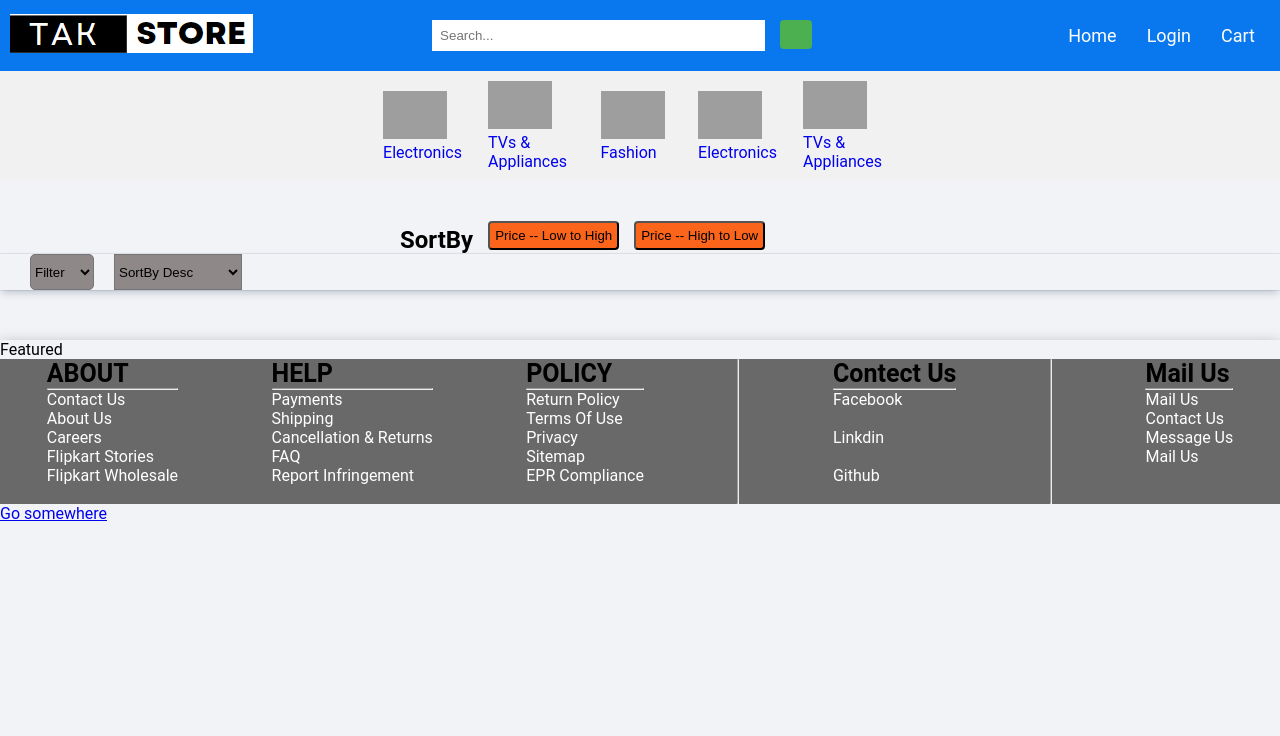
Repository: MSaifKhan01/TAK-Store
Page: PROJECT_Front/fashion.html
An editor plug-in stored every save of this project. The page is shown before and after the next save, followed by the edit.
The browser window is 1280 px wide. The pictures show the whole page.
Pictures or frames that could not be fetched are drawn as grey boxes. The page's requests for data from a server got no answer.

Above is the page before, as saved 2023-07-22 01:48:40.

### PROJECT_Front/fashion.html
<!DOCTYPE html>
<html lang="en">

<head>
    <meta charset="UTF-8">
    <meta http-equiv="X-UA-Compatible" content="IE=edge">
    <meta name="viewport" content="width=device-width, initial-scale=1.0">
    <title>Document</title>
    <link rel="stylesheet" type="text/css" href="./CSS/fashion.css">
    <link rel="stylesheet" type="text/css" href="./CSS/Index.css">
    <style>

    </style>
</head>

<body>
    <header >
        <nav class="navbar">
          <a href="#" class="navbar-brand logo"
            ><img src="./flipkart images/Tak_logo.png" alt="logo"
          /></a>
          <div class="search-container">
            <input id="searcBox" type="text" placeholder="Search..." />
            <button type="submit"><i class="fa fa-search"></i></button>
          </div>
          <ul class="navbar-nav">
            <li>
              <a href="#"><i class="fa-solid fa-house"></i> Home</a>
            </li>



            <li id="logoutName">
              <a href="./login.html" id="nameshow"><i class="fa-solid fa-user"></i> Login</a>
            </li>
            <!-- <li><a href="#">Categories</a></li>
            <li><a href="#">Deals</a></li> -->
            <li>
              <a href="addTocart.html"><i class="fa-solid fa-cart-shopping"><span id="Cartlength"></span></i> Cart</a>
              <!-- <a href="#">Cart</a> -->
            </li>
          </ul>
        </nav>

        <div class="sub-navbar">
          <div class="sub-navbar-item">
            <div class="subNav">
              <img
                src="https://rukminim1.flixcart.com/fk-p-flap/128/128/image/6e3e1efa83bc56c3.png?q=100"
                alt=""
              />
              <a style="text-decoration: none" href="electronics.html"
                >Electronics</a
              >
            </div>
          </div>
          <div class="sub-navbar-item">
            <div class="subNav">
              <img
                src="https://rukminim1.flixcart.com/fk-p-flap/128/128/image/b3e1225e6bda1c9e.png?q=100"
                alt=""
              />
              <a style="text-decoration: none" href="appliances.html"
                >TVs & Appliances</a
              >
            </div>
          </div>
          <div class="sub-navbar-item">
            <div class="subNav">
              <img
                src="https://rukminim1.flixcart.com/fk-p-flap/128/128/image/a11d5d13e54bf964.png?q=100"
                alt=""
              />
              <a style="text-decoration: none" href="fashion.html">Fashion</a>
            </div>
          </div>
          <div class="sub-navbar-item">
            <div class="subNav">
              <img
                src="https://rukminim1.flixcart.com/fk-p-flap/128/128/image/6e3e1efa83bc56c3.png?q=100"
                alt=""
              />
              <a style="text-decoration: none" href="electronics.html"
                >Electronics</a
              >
            </div>
          </div>
          <div class="sub-navbar-item">
            <div class="subNav">
              <img
                src="https://rukminim1.flixcart.com/fk-p-flap/128/128/image/b3e1225e6bda1c9e.png?q=100"
                alt=""
              />
              <a style="text-decoration: none" href="appliances.html"
                >TVs & Appliances</a
              >
            </div>
          </div>
        </div>
      </header>



    <div class="sort">
        <h2>SortBy</h2>
        <button id="sort1">Price -- Low to High</button>
        <button id="sort2">Price -- High to Low</button>
    </div>
    <div class="main">
        <div class="leftdiv">
            <!-- filter part -->
            <div style="display: flex; margin-left: 30px; gap: 20px;">


                <div>
                    <select name="filter" id="filter">
                        <option value="filter">Filter</option>
                    </select>
                </div>
                <div>
                    <select name="featured" id="featured" data-bs-toggle="tooltip" data-bs-title="Another tooltip">
                        <option value="">SortBy Desc</option>
                        <option value="atoz">A To Z</option>
                        <option value="ztoa">Z To A</option>

                    </select>
                </div>
            </div>
        </div>
        <div class="bestofElctronic_product_item">

        </div>
    </div>



    </div>
    </div>
    <!-- footer -->

    <div class="card text-center">
      <div class="card-header" style="margin-top: 30px">Featured</div>
      <div class="footer-items">
        <div class="footerlist">
          <ul style="list-style: none">
            <li id="List-head">ABOUT</li>
            <li>
              <hr />
            </li>
            <li>Contact Us</li>
            <li>About Us</li>
            <li>Careers</li>
            <li>Flipkart Stories</li>
            <li>Flipkart Wholesale</li>
          </ul>
        </div>

        <div class="footerlist">
          <ul style="list-style: none">
            <li id="List-head">HELP</li>
            <li>
              <hr />
            </li>
            <li>Payments</li>
            <li>Shipping</li>
            <li>Cancellation & Returns</li>
            <li>FAQ</li>
            <li>Report Infringement</li>
          </ul>
        </div>

        <div class="footerlist">
          <ul style="list-style: none">
            <li id="List-head">POLICY</li>
            <li>
              <hr />
            </li>
            <li>Return Policy</li>
            <li>Terms Of Use</li>
            <li>Privacy</li>
            <li>Sitemap</li>
            <li>EPR Compliance</li>
          </ul>
        </div>
        <hr />
        <div class="footerlist">
          <ul style="list-style: none">
            <li id="List-head">Contect Us</li>
            <li>
              <hr />
            </li>
            <li>
              <a href="" style="text-decoration: none; color: white"
                ><i class="fa-brands fa-facebook"></i> Facebook</a
              >
            </li>
            <br />
            <li>
              <a href="" style="text-decoration: none; color: white"
                ><i class="fa-brands fa-linkedin"></i> Linkdin</a
              >
            </li>
            <br />
            <li>
              <a href="" style="text-decoration: none; color: white"
                ><i class="fa-brands fa-github"></i> Github</a
              >
            </li>
            <br />
          </ul>
        </div>

        <hr />
        <div class="footerlist">
          <ul style="list-style: none">
            <li id="List-head">Mail Us</li>
            <li>
              <hr />
            </li>
            <li>
              <a href="" style="text-decoration: none; color: white"
                ><i class="fa-solid fa-envelope"></i> Mail Us</a
              >
            </li>
            <li>
              <a href="" style="text-decoration: none; color: white"
                ><i class="fa-solid fa-phone"></i> Contact Us</a
              >
            </li>
            <li>
              <a href="" style="text-decoration: none; color: white"
                ><i class="fa-solid fa-message"></i> Message Us</a
              >
            </li>
            <li>
              <a href="" style="text-decoration: none; color: white"
                ><i class="fa-solid fa-envelope"></i> Mail Us</a
              >
            </li>
          </ul>
        </div>
      </div>

      <div class="card-body">
        <a href="#" class="btn btn-primary">Go somewhere</a>
      </div>
    </div>
</body>

<script>
//     let bestofElctronic_product_itemEl = document.querySelector(".bestofElctronic_product_item")
//     let CartArr = JSON.parse(localStorage.getItem("length")) || [];

//     span.innerText=CartArr

//     fetch("http://localhost:8000/fashion", {
//         method: "GET",
//         headers: {
//             //   authorization: `${sessionStorage.getItem("token")}`,

//             "content-type": "application/json",
//         },
//     })
//         .then((res) => {
//             return res.json();
//         })
//         .then((data) => {

//             display(data);
//             searchbar(data)
//             console.log(data);
//             // display(sorted1)
//         });


//         let sort1=document.getElementById("sort1")
//         sort1.addEventListener("click",()=>{
//             sorting1()
//         })
//         function sorting1(){

//             fetch("http://localhost:8000/fashion/sort1", {
//         method: "GET",
//         headers: {
//             //   authorization: `${sessionStorage.getItem("token")}`,
//             "content-type": "application/json",
//         },
//     })
//         .then((res) => {
//             return res.json();
//         })
//         .then((data) => {
//             console.log(data);
//             display(data);
//             // display(sorted1)
//         });
//         }

//         let sort2=document.getElementById("sort2")
//         sort2.addEventListener("click",()=>{
//             sorting2()
//         })
//         function sorting2(){

//             fetch("http://localhost:8000/fashion/sort2", {
//         method: "GET",
//         headers: {
//             //   authorization: `${sessionStorage.getItem("token")}`,
//             "content-type": "application/json",
//         },
//     })
//         .then((res) => {
//             return res.json();
//         })
//         .then((data) => {
//             console.log(data);
//             display(data);
//             // display(sorted1)
//         });
//         }

//         let featured=document.getElementById("featured")
//         function sorting3(){

//            fetch("http://localhost:8000/fashion/sort3", {
//        method: "GET",
//        headers: {
//            //   authorization: `${sessionStorage.getItem("token")}`,
//            "content-type": "application/json",
//        },
//    })
//        .then((res) => {
//            return res.json();
//        })
//        .then((data) => {
//            console.log(data);
//            display(data);

//        });
//        }
//         function sorting4(){

//            fetch("http://localhost:8000/fashion/sort4", {
//        method: "GET",
//        headers: {
//            //   authorization: `${sessionStorage.getItem("token")}`,
//            "content-type": "application/json",
//        },
//    })
//        .then((res) => {
//            return res.json();
//        })
//        .then((data) => {
//            console.log(data);
//            display(data);

//        });
//        }
//   featured.addEventListener("change",()=>{

//     if(featured.value=="atoz"){
//         sorting3()

//     }else if(featured.value=="ztoa"){
//         sorting4()

//     }

//   })

//   function searchbar(data){
//     let search = document.getElementById("searcBox");
//     search.addEventListener("input", (e) => {
//       e.preventDefault();
//       const value = e.target.value;

//       let newArr = data.filter(element => {

//         return element.size.toLowerCase().includes(value) || element.description.toLowerCase().includes(value);

//       })
//       console.log(data)
//       display(newArr)

//     })

// }



//     function display(data) {

//         bestofElctronic_product_itemEl.innerHTML = null
//         data.forEach(el => {
//             let card = document.createElement("div")
//             card.classList.add("card")
//             let link1 = document.createElement("a")
//             link1.classList.add("BestofElectronic_item")
//             link1.link = el.link
//             let div1 = document.createElement("div")
//             div1.classList.add("bestOfElectornic_image_Product")
//             let img = document.createElement("img")
//             img.src = el.image
//             let div2 = document.createElement("div")
//             div2.classList.add("bestofElectronicmoreOption")

//             let p = document.createElement("p")
//             p.classList.add("bestofElectornicProduct_name")
//             p.innerText = el.description
//             let p2 = document.createElement("p")
//             p2.classList.add("bestofElecronic_discount")
//             p2.innerText = `₹${el.new_price}`
//             let p3 = document.createElement("p")
//             p3.classList.add("bestofElectronic_brand")
//             p3.innerText = el.hidden_stars

//             p3.style.color = 'red'
//             let p4 = document.createElement("p")
//             p4.innerText=el.quantity
//             let div3 = document.createElement("div")
//             div3.classList.add("btndiv")
//             let btn1 = document.createElement("button")
//             btn1.innerText = "Show Details"
//             let btn2 = document.createElement("button")
//             btn2.innerText = "Add to Cart"

//             div1.append(img)
//             div3.append(btn1, btn2)
//             div2.append(p, p2, p3, div3)
//             link1.append(div1, div2)
//             card.append(link1)

//             bestofElctronic_product_itemEl.append(card)


//             btn2.addEventListener("click", () => {
//         // if (checkDuplicate(data)) {
//         //   alert("Product Already in Cart")
//         // } else {
//         //   CartArr.push(el);
//         //   localStorage.setItem("cart", JSON.stringify(CartArr));
//         //   alert("Product Added To Cart")
//         //   window.location.href = "./addTocart.html"
//         // }
// // console.log(el)
// let token=sessionStorage.getItem("token")

//         if(token){
//             fetch(`http://localhost:8000/cart/Fashion/${el._id}`,{

// method:"POST",
// headers:{
//     "Content-Type":"application/json",
//     "Authorization":`${sessionStorage.getItem("token")}`
// }
// // body:JSON.stringify(el)
// })
// .then((res)=>{
// return res.json()
// })
// .then((data)=>{
// // console.log(data)

// if(data.ok){
// alert(data.msg)
// }
// else{
// alert(data.msg)
// }
// // data.push({...el,qty:1})
// // alert("Product added to cart")
// console.log(data)
// })
// .catch((err)=>{
// console.log(err)
// })
//         }else{
//             alert("You need to login")
//         }

//       })




//         })


//     }





// //     function checkDuplicate(data) {
// //     for (let i = 0; i < CartArr.length; i++) {

// //       if (CartArr[i]._id === data._id) {
// //         return true;

// //       }
// //     }
// //     return false;
// //   }


</script>

</html>
<script
  src="https://cdn.jsdelivr.net/npm/@popperjs/core@2.11.8/dist/umd/popper.min.js"
  integrity="sha384-I7E8VVD/ismYTF4hNIPjVp/Zjvgyol6VFvRkX/vR+Vc4jQkC+hVqc2pM8ODewa9r"
  crossorigin="anonymous"
></script>
<script
  src="https://cdn.jsdelivr.net/npm/bootstrap@5.3.0/dist/js/bootstrap.min.js"
  integrity="sha384-fbbOQedDUMZZ5KreZpsbe1LCZPVmfTnH7ois6mU1QK+m14rQ1l2bGBq41eYeM/fS"
  crossorigin="anonymous"
></script>

<script src="./JS/fashion.js"></script>

### PROJECT_Front/CSS/Index.css


 /* CSS styles for the navbar */
  * {
    margin: 0;
    padding: 0;
    box-sizing: border-box;
  }
  header{
    position: sticky;
    top: 0%;
  }

  .navbar {
    background-color: #0978ee;
    padding: 10px;
    display: flex;
    justify-content: space-between;
    /* flex-direction: row; */
    align-items: center;
    position: sticky;
  }

  .navbar-brand {
    color: #fff;
    font-weight: bold;
    text-decoration: none;
    width: 10%;
    font-size: 15px;
  }

  .navbar-nav {
    display: flex;
    flex-direction: row;
    font-size: 18px;
    list-style-type: none;
    gap: 15px;
    margin: 0;
    padding: 0;
    /* margin-right: 120px; */

  }

  #logoutName{
    color: #f1f1f1;
  }
  #logoutName button{
    background-color: #45a049;;
    color: #f1f1f1;
    border-radius: 5px;
    padding: 3px;

  }
  #Cartlength{
    color: #f40ab5;
  }

  /* Search bar styles */
  .search-container {
    display: flex;
    width: 500px;
    max-width: 450px;

    margin-left: 180px;

    margin-bottom: 10px;
    /* Added to separate the search bar in responsive mode */
  }

  input[type="text"] {
    flex: 1;
    padding: 10px;
    border: none;
  }

  button[type="submit"] {
    margin-right: 120px;
    background-color: #4caf50;
    color: white;
    padding: 10px 20px;
    border: none;
    cursor: pointer;
  }

  button[type="submit"]:hover {
    background-color: #45a049;
  }

  .navbar-nav li {
    margin-right: 15px;
  }

  .navbar-nav li a {
    color: #fff;
    text-decoration: none;
  }

  /* CSS styles for responsive design */
  @media (max-width: 400px) {
    .navbar {
      flex-direction: column;
    }

    .navbar-nav {
      margin-top: 10px;
      flex-direction: column;

    }

    .navbar-nav li {
      margin-right: 0;
      margin-bottom: 10px;
    }
  }

  @media (min-width: 601px) {
    /* Additional styles for larger screens */
    .search-container {
      max-width: 500px;
      margin-left: 160px;
      margin-top: 10px;
    }

    input[type="text"] {
      padding: 8px;
    }

    button[type="submit"] {
      padding: 8px 16px;
    }
  }

  /* CSS styles for sub-navbar */
  .sub-navbar {
    background-color: #f1f1f1;
    padding: 10px;
    display: flex;
    gap: 30px;
    justify-content: center;
    /* overflow-x: auto; */
  }

  .sub-navbar-item {
    display: flex;
    align-items: center;
    justify-content: center;

    margin-right: 15px;
    width: 60px;
    /* height: 60px; */
    border-radius: 50%;
    background-color: #f1f1f1;
  }


  .sub-navbar-item img {
    width: 64px;
  }

  .subNav {
    display: block;
  }

  #slideshow > img {
    width: 100%;
  }

  .carousel-item img {
    width: 100%;
    height: 100%;
  }


  .footer-items {
    display: flex;
    justify-content: space-around;
    background-color: dimgray;
    color: white;
  }

  #List-head {
    font-size: 25px;
    font-weight: bold;
    color: black;
  }

  #product {
    border-radius: 5px;
    padding: 40px;
    margin-bottom: 20px;

    box-shadow: rgba(50, 50, 93, 0.25) 0px 50px 100px -20px,
      rgba(0, 0, 0, 0.3) 0px 30px 60px -30px;
  }
  #product img{
    width: 50%;
  }


  #carroDiv {
    width: 90%;
    margin: auto;
  }

  .smallimages {
    display: flex;
    gap: 10px;
    justify-content: space-around;
    /* align-items: center; */
  }

  .topHead {
    display: flex;
    justify-content: space-between;
    box-shadow: rgba(0, 0, 0, 0.24) 0px 3px 8px;
    margin-bottom: 40px;
  }

  .common-heading-left {
    padding: 20px;
  }

  .common-heading-left > h2 {
    color: gray;
  }

  .ViewButton > h3 {
    margin: 30px;
    padding: 20px;
    background-color: #0978ee;
  }

Loaded but not shown: PROJECT_Front/JS/fashion.js (255 lines, source omitted); PROJECT_Front/CSS/fashion.css (463 lines, source omitted)

After the next save:
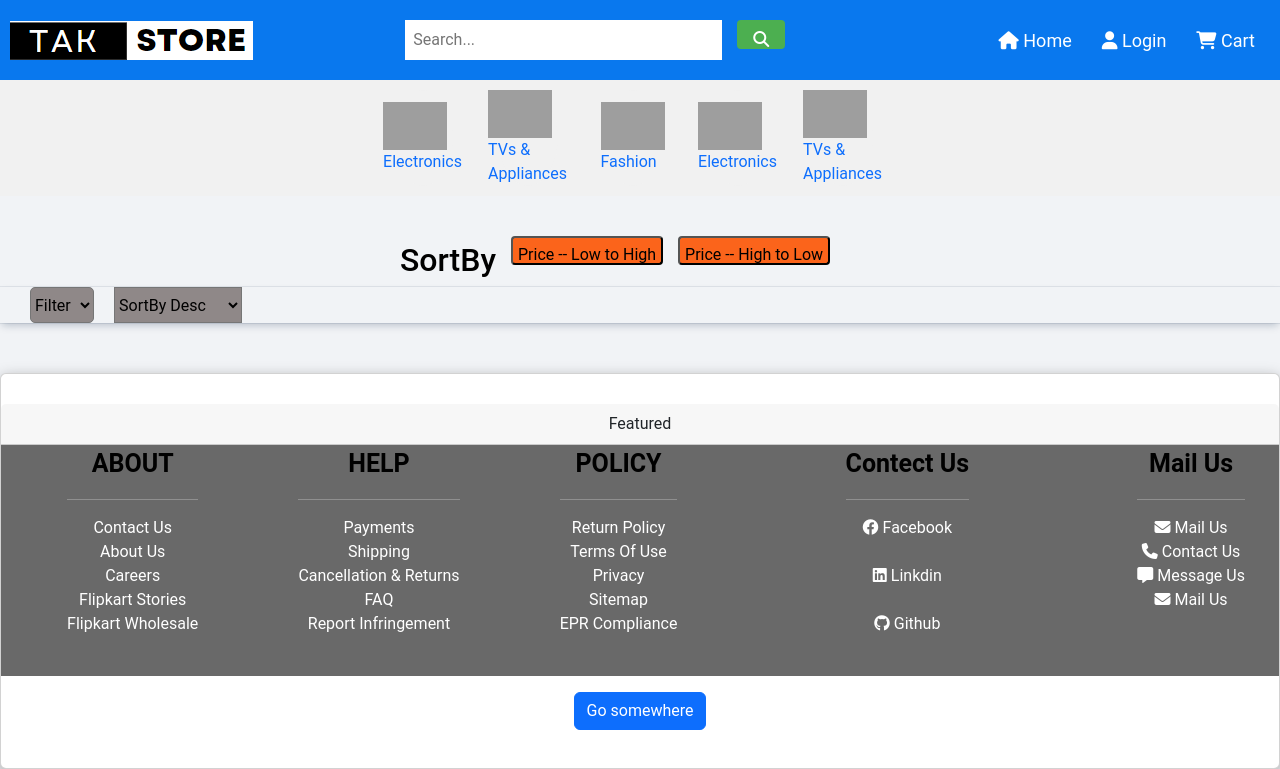
Saved 62 s later.
--- a/PROJECT_Front/fashion.html
+++ b/PROJECT_Front/fashion.html
@@ -6,6 +6,21 @@
     <meta http-equiv="X-UA-Compatible" content="IE=edge">
     <meta name="viewport" content="width=device-width, initial-scale=1.0">
     <title>Document</title>
+    <link
+    rel="stylesheet"
+    href="https://cdnjs.cloudflare.com/ajax/libs/font-awesome/6.4.0/css/all.min.css"
+    integrity="sha512-iecdLmaskl7CVkqkXNQ/ZH/XLlvWZOJyj7Yy7tcenmpD1ypASozpmT/E0iPtmFIB46ZmdtAc9eNBvH0H/ZpiBw=="
+    crossorigin="anonymous"
+    referrerpolicy="no-referrer"
+  />
+  <!-- cdn link of bootstrap for css -->
+  <link
+    href="https://cdn.jsdelivr.net/npm/bootstrap@5.2.3/dist/css/bootstrap.min.css"
+    rel="stylesheet"
+    integrity="sha384-rbsA2VBKQhggwzxH7pPCaAqO46MgnOM80zW1RWuH61DGLwZJEdK2Kadq2F9CUG65"
+    crossorigin="anonymous"
+  />
+
     <link rel="stylesheet" type="text/css" href="./CSS/fashion.css">
     <link rel="stylesheet" type="text/css" href="./CSS/Index.css">
     <style>
